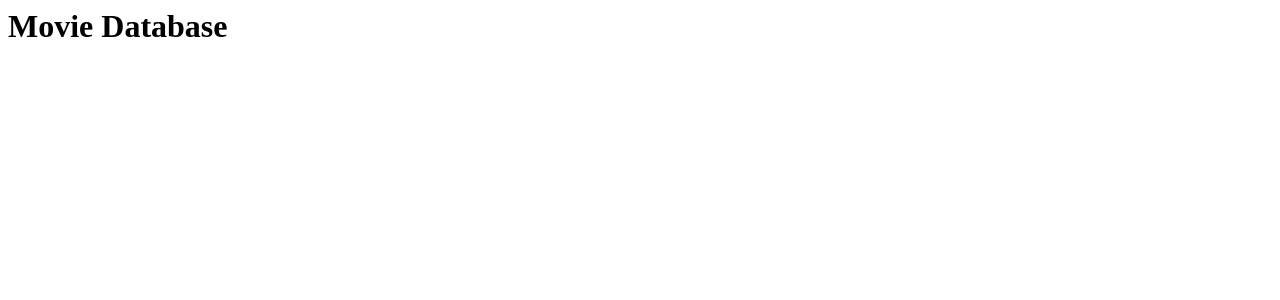
Repository: ndonnelly7/clinic-web-app
Page: Web App/ORMSQLTest/war/index.html
The author's editor kept a copy of each file at every save. The page is drawn from the files as they stood at one save, then again after the next save.
The browser window is 1280 px wide. The pictures show the whole page.

Above is the page before, as saved 2014-01-10 10:39:19.

After the next save:
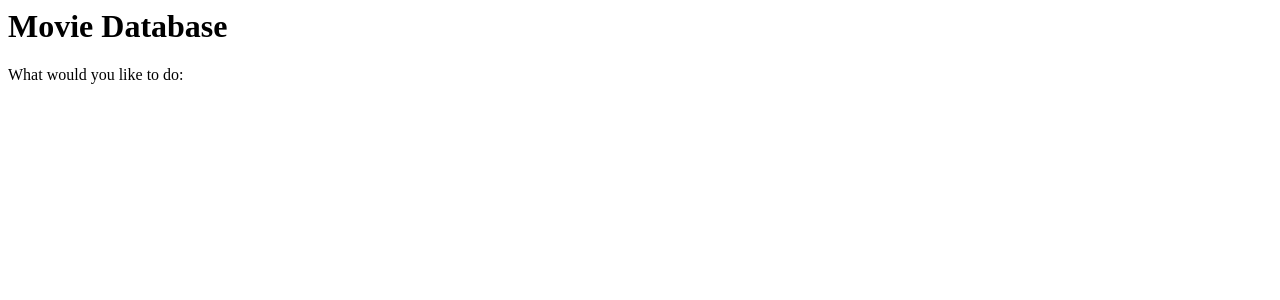
Saved 22 s later.
--- a/Web App/ORMSQLTest/war/index.html
+++ b/Web App/ORMSQLTest/war/index.html
@@ -15,6 +15,7 @@
   <body>
     <h1>Movie Database</h1>
 
+    What would you like to do: <br>
 
   </body>
 </html>
